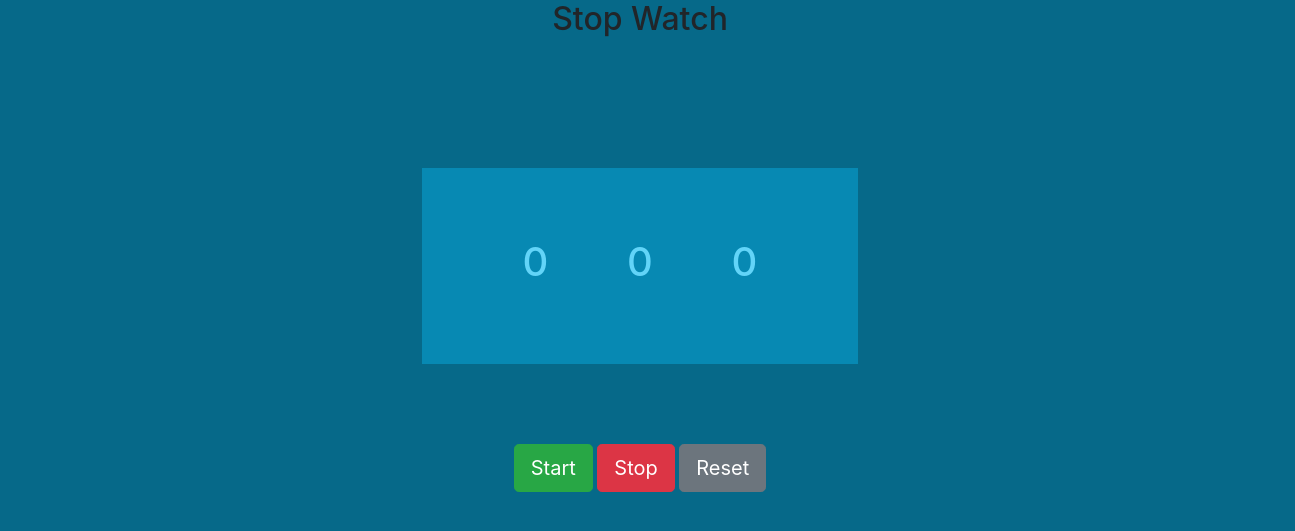
Repository: moiz9265/stopwatch
Page: index.html
The author's editor kept a copy of each file at every save. The page is drawn from the files as they stood at one save, then again after a run of saves.
The browser window is 1280 px wide. The page is 1295 px wide, so the pictures cover 1295 px, including what lies to the right of the window. The pictures show the whole page.

Above is the page before, as saved 2020-07-09 23:32:46.

### index.html
<!DOCTYPE html>
<html lang="en">
  <head>
    <meta charset="utf-8">
    <title>Stop Watch</title>

    <link rel="stylesheet" href="css/bootstrap.min.css">
    <link rel="stylesheet" href="css/style.css" type="text/css">


    </script>
  </head>
  <body>
      <h2  style="text-align: center;" style="color: white; font-family: Times New Roman; font-weight: bold;">Stop Watch</h2>
        <div class="row" style="margin-top: 80px;">
            <div class="col-md-4">

            </div>
            <div id="maindiv" style=" text-align: center;" class="col-sm-12 col-md-4">
                <h1 id="minute">0</h1>
                <h1 id="second">0</h1>
                <h1 id="millisec">0</h1>
                <!-- <h1>0</h1> -->
            </div>
            <div class="col-md-4">

            </div>

        </div>
        <div class="row" style="margin-top: 80px;">
            <div class="col-md-4">

            </div>
            <div  style=" text-align: center;" class="col-sm-12 col-md-4">
               <button onclick="start()" id="startbtn" class="btn btn-lg btn-success">Start</button>
               <button onclick="pause()" class="btn btn-lg btn-danger">Stop</button>
               <button onclick="reset()" class="btn btn-lg btn-secondary">Reset</button>

            </div>
            <div class="col-md-4">

            </div>

        </div>

  </body>
  <script src="js/jquery-3.2.1.slim.min.js"></script>
  <script src="js/popper.min.js"></script>
  <script src="js/bootstrap.min.js"> </script>
  <script src="js/app.js">

  </script>
  </script>
</html>

### css/style.css
body{
    background-color: #066989;
}

#maindiv
{
        margin-top: 50px;
    width: 40%;
    background-color: #0789B3;
    padding-top: 70px;
    padding-bottom: 70px;
    padding-left: 30px;
    padding-right: 30px;


}

h1
{
    display: inline-block;
    width: 100px;
   text-align: center;
   color: #62D4F8;
}

### js/app.js
var min = 0;
var sec = 0;
var msec = 0;


var minutecount = document.getElementById('minute');
var secondcount = document.getElementById('second');
var milliseccount = document.getElementById('millisec');
var interval;

function timer()
{
    msec++
    milliseccount.innerHTML = msec;

    if(msec>=100)
    {
        sec++
        secondcount.innerHTML = sec;
        msec = 0;
    }
    else if(sec >= 60)
    {
        min++
        minutecount.innerHTML = min;
        sec = 0;
    }
}


function start()
{
    interval = setInterval(timer,10);
    $("#startbtn").attr("disabled", true);

}

function pause()
{
    clearInterval(interval);
}
function reset()
{
    milliseccount.innerHTML = 0;
    secondcount.innerHTML   = 0;
    minutecount.innerHTML   = 0;
}

Loaded but not shown: css/bootstrap.min.css (library); js/jquery-3.2.1.slim.min.js (library); js/popper.min.js (library); js/bootstrap.min.js (library)

After the next 2 saves:
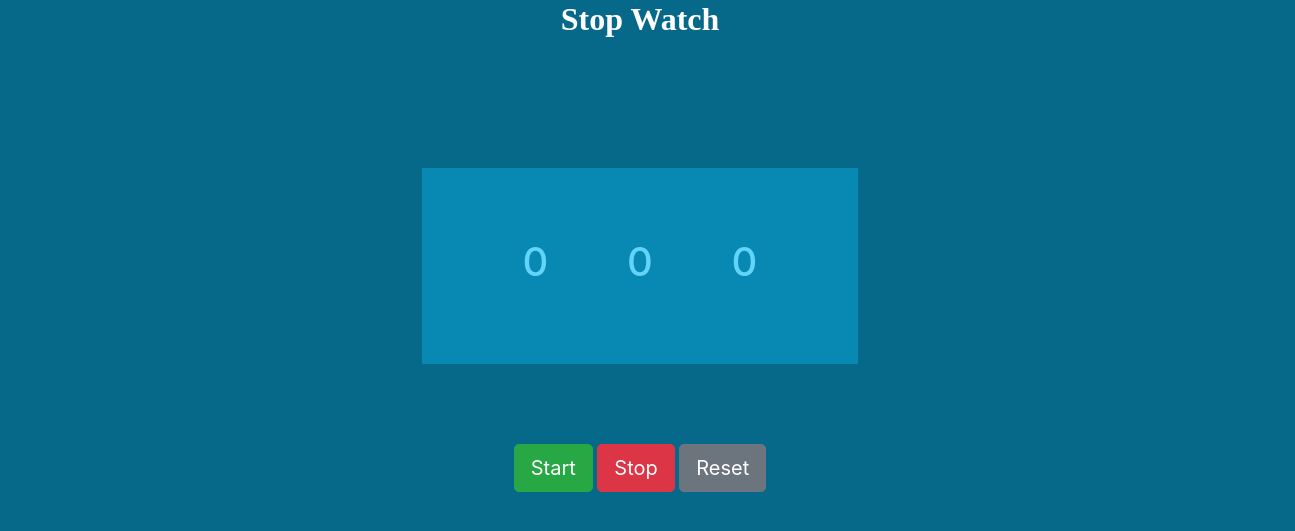
The 2 saves are shown as one change because they came seconds apart.
The last was saved 24 s later.
--- a/index.html
+++ b/index.html
@@ -11,7 +11,7 @@
     </script>
   </head>
   <body>
-      <h2  style="text-align: center;" style="color: white; font-family: Times New Roman; font-weight: bold;">Stop Watch</h2>
+      <h2  style="text-align: center; color: white; font-family: Times New Roman; font-weight: bold;">Stop Watch</h2>
         <div class="row" style="margin-top: 80px;">
             <div class="col-md-4">
 
